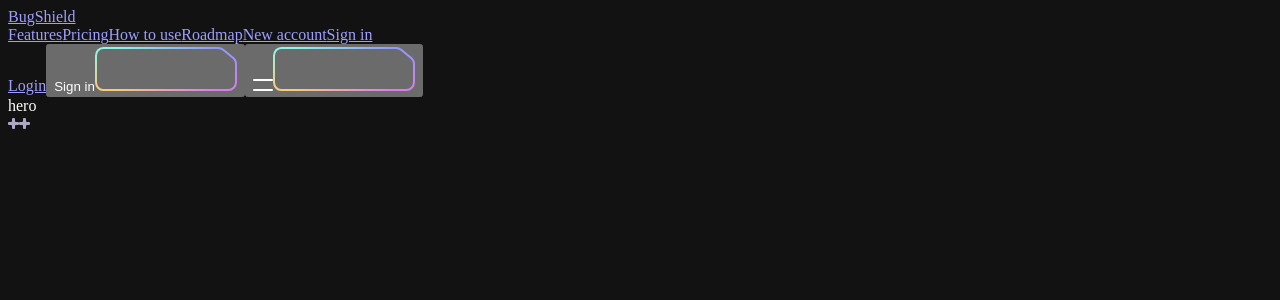
Repository: Bugbaunty/bug_bounty
Page: / (app in src/bug_bounty_frontend/)
The author's editor kept a copy of each file at every save. The page is drawn from the files as they stood at one save, then again after the next save.
The browser window is 1280 px wide. The pictures show the whole page.
The project was rebuilt for these pictures with package versions that can differ from the ones it lists, and the page was loaded fresh each time.

Above is the page before, as saved 2024-04-28 14:22:26.

### src/bug_bounty_frontend/index.html
<!DOCTYPE html>
<html lang="en">
  <head>
    <meta charset="UTF-8" />
    <meta name="viewport" content="width=device-width" />
    <title>Bug Shield</title>
    <base href="/" />
    <link rel="icon" href="/favicon.ico" />
  </head>

  <body>
    <div id="root"></div>
    <script type="module" src="/src/main.tsx"></script>
  </body>
</html>

### src/bug_bounty_frontend/src/main.tsx
import React from "react";
import ReactDOM from "react-dom/client";
import App from "./App";
import "./index.scss";
import { BrowserRouter as Router } from "react-router-dom";

ReactDOM.createRoot(document.getElementById("root")).render(
  <React.StrictMode>
    <Router>
      <App />
    </Router>
  </React.StrictMode>
);

### src/bug_bounty_frontend/src/App.tsx
import { useState } from "react";
import React from "react";
import Button from "./components/utils/Button";
import ButtonGradient from "./assets/svg/ButtonGradient";
import Header from "./components/Header";
import Hero from "./components/landingPageSection/Hero";

function App() {
  const [greeting, setGreeting] = useState("");

  return (
    <div>
      <div className="pt-[4.75rem] lg:pt-[5.25rem]">
        <Header />
        <Hero />
      </div>
      <ButtonGradient />
    </div>
  );
}

export default App;

### src/bug_bounty_frontend/src/index.scss
@import url("https://fonts.googleapis.com/css2?family=Sora:wght@300;400;600&display=swap");
@import url("https://fonts.googleapis.com/css2?family=Source+Code+Pro:wght@400;600;700&display=swap");
@import url("https://fonts.googleapis.com/css2?family=Space+Grotesk:wght@300&display=swap");

@tailwind base;
@tailwind components;
@tailwind utilities;

:root {
  --font-sora: "Sora", sans-serif;
  --font-code: "Source Code Pro", monospace;
  --font-grotesk: "Space Grotesk", sans-serif;
  color-scheme: dark;
}

* {
  scroll-behavior: smooth;
  box-sizing: border-box;
}

@layer base {
  body {
    @apply font-sans bg-n-8 text-n-1 text-base;
  }
}

.rotate-45 {
  @apply rotate-[45deg];
}

.rotate-90 {
  @apply rotate-[90deg];
}

.rotate-135 {
  @apply rotate-[135deg];
}

.rotate-180 {
  @apply rotate-[180deg];
}

.rotate-225 {
  @apply rotate-[225deg];
}

.rotate-270 {
  @apply rotate-[270deg];
}

.rotate-315 {
  @apply rotate-[315deg];
}

.rotate-360 {
  @apply rotate-[360deg];
}

.-rotate-45 {
  @apply rotate-[-45deg];
}

.-rotate-90 {
  @apply rotate-[-90deg];
}

.-rotate-135 {
  @apply rotate-[-135deg];
}

.-rotate-180 {
  @apply rotate-[-180deg];
}

.-rotate-225 {
  @apply rotate-[-225deg];
}

.-rotate-270 {
  @apply rotate-[-270deg];
}

.-rotate-315 {
  @apply rotate-[-315deg];
}

.-rotate-360 {
  @apply rotate-[-360deg];
}

### src/bug_bounty_frontend/src/assets/svg/ButtonGradient.jsx
const ButtonGradient = () => {
  return (
    <svg className="block" width={0} height={0}>
      <defs>
        <linearGradient id="btn-left" x1="50%" x2="50%" y1="0%" y2="100%">
          <stop offset="0%" stopColor="#89F9E8" />
          <stop offset="100%" stopColor="#FACB7B" />
        </linearGradient>
        <linearGradient id="btn-top" x1="100%" x2="0%" y1="50%" y2="50%">
          <stop offset="0%" stopColor="#D87CEE" />
          <stop offset="100%" stopColor="#FACB7B" />
        </linearGradient>
        <linearGradient id="btn-bottom" x1="100%" x2="0%" y1="50%" y2="50%">
          <stop offset="0%" stopColor="#9099FC" />
          <stop offset="100%" stopColor="#89F9E8" />
        </linearGradient>
        <linearGradient
          id="btn-right"
          x1="14.635%"
          x2="14.635%"
          y1="0%"
          y2="100%"
        >
          <stop offset="0%" stopColor="#9099FC" />
          <stop offset="100%" stopColor="#D87CEE" />
        </linearGradient>
      </defs>
    </svg>
  );
};

export default ButtonGradient;

### src/bug_bounty_frontend/src/components/Header.tsx
import React, { useState } from "react";
import { navigation } from "../constants/index";
import { useLocation } from "react-router-dom";
import Button from "./utils/Button";
import MenuSvg from "../assets/svg/MenuSvg";
import { HamburgerMenu } from "./design/Header";
import { disablePageScroll, enablePageScroll } from "scroll-lock";

const Header = () => {
  const pathname = useLocation();
  const [openNavigation, setOpenNavigation] = useState<boolean>(false);
  const toggleNavigation = () => {
    if (openNavigation) {
      setOpenNavigation(false);
      enablePageScroll();
    } else {
      setOpenNavigation(true);
      disablePageScroll();
    }
  };

  const handleClick = () => {
    if (!openNavigation) return;
    enablePageScroll();
    setOpenNavigation(false);
  };
  return (
    <div
      className={`fixed top-0 left-0 w-full z-50  border-b border-n-6 ${
        openNavigation ? "bg-n-8" : "bg-n-8/90 backdrop-blur-sm"
      }  `}
    >
      <div className="flex  items-center py-5 px-5 lg:px-7.5 xl:px-10 max-lg:py-4">
        <a className="block w-[12rem] font-extrabold xl:mr-8" href="#hero">
          BugShield
        </a>
        <nav
          className={` ${
            openNavigation ? "flex" : "hidden"
          }  fixed top-[5rem] left-0 right-0 bottom-0 bg-n-8 lg:static lg:flex lg:mx-auto lg:bg-transparent `}
        >
          <div
            className={`relative z-2 flex ${
              openNavigation && "gap-[5rem] mt-4 w-full"
            } flex-col items-center justify-center m-auto lg:flex-row`}
          >
            {navigation.map((item) => (
              <a
                className={`block relative font-code text-sm lg:font-semibold  text-color-7 hover:text-n-1 transition-colors ${
                  item.onlyMobile ? "lg:hidden" : ""
                } px-6  lg:mr-0.25 lg:text-xs ${
                  item.url === pathname.hash
                    ? "z-2 lg:text-n-1"
                    : "lg:text-n-1/50"
                } lg:leading-5 `}
                key={item.id}
                href={item.url}
                onClick={() => handleClick()}
              >
                {item.title}
              </a>
            ))}
          </div>
          <HamburgerMenu />
        </nav>
        <a
          href="#signup"
          className="button hidden mr-8 text-color-7 transistion-colors hover:text-n-1 lg:block"
        >
          Login
        </a>
        <Button className="hidden lg:flex " href="#login" white="">
          Sign in
        </Button>

        <Button
          onClick={toggleNavigation}
          className="ml-auto lg:hidden"
          px="px-3"
        >
          <MenuSvg openNavigation={openNavigation} />
        </Button>
      </div>
    </div>
  );
};

export default Header;

### src/bug_bounty_frontend/src/components/landingPageSection/Hero.tsx
import React from "react";
import Section from "./Section";

const Hero = () => {
  return (
    <Section
      className="pt-12rem -mt-[5.25]"
      crosses
      crossesOffset="lg:translate-y-[5.25rem]"
      customPaddings
      id="hero"
    >
      hero
    </Section>
  );
};

export default Hero;

### src/bug_bounty_frontend/src/components/utils/Button.tsx
import React from "react";
import ButtonSvg from "../../assets/svg/ButtonSvg";

interface Props {
  className?: string;
  onClick?: () => any;
  href?: string;
  children?: any;
  px?: string;
  white?: string;
}

const Button = ({ className, href, onClick, children, px, white }: Props) => {
  const classes = ` button relative inline-flex items-center
    justify-center h-11 transition-colors text-color-7 ${
      px || "px-7"
    } hover:text-n-1 ${className || ""}`;

  const spanClasses = "relative z-10";
  const renderButton = () => (
    <button onClick={onClick} className={classes}>
      <span className={spanClasses}>{children}</span>
      {ButtonSvg(white)}
    </button>
  );

  return renderButton();
};

export default Button;

### src/bug_bounty_frontend/src/components/design/Header.tsx
import { background } from "../../assets";

export const Rings = () => {
  return (
    <div className="absolute top-1/2 left-1/2 w-[51.375rem] aspect-square border border-n-2/10 rounded-full -translate-x-1/2 -translate-y-1/2">
      <div className="absolute top-1/2 left-1/2 w-[36.125rem] aspect-square border border-n-2/10 rounded-full -translate-x-1/2 -translate-y-1/2"></div>
      <div className="absolute top-1/2 left-1/2 w-[23.125rem] aspect-square border border-n-2/10 rounded-full -translate-x-1/2 -translate-y-1/2"></div>
    </div>
  );
};

export const SideLines = () => {
  return (
    <>
      <div className="absolute top-0 left-5 w-0.25 h-full bg-n-6"></div>
      <div className="absolute top-0 right-5 w-0.25 h-full bg-n-6"></div>
    </>
  );
};

export const BackgroundCircles = () => {
  return (
    <>
      <div className="absolute top-[4.4rem] left-16 w-3 h-3 bg-gradient-to-b from-[#DD734F] to-[#1A1A32] rounded-full"></div>
      <div className="absolute top-[12.6rem] right-16 w-3 h-3 bg-gradient-to-b from-[#B9AEDF] to-[#1A1A32] rounded-full"></div>
      <div className="absolute top-[26.8rem] left-12 w-6 h-6 bg-gradient-to-b from-[#88E5BE] to-[#1A1A32] rounded-full"></div>
    </>
  );
};

export const HamburgerMenu = () => {
  return (
    <div className="absolute inset-0 pointer-events-none lg:hidden">
      <div className="absolute inset-0 opacity-[.03]">
        {/* <img
          className="w-full h-full object-cover"
          src={background}
          width={688}
          height={953}
          alt="Background"
        /> */}
      </div>

      <Rings />

      <SideLines />

      <BackgroundCircles />
    </div>
  );
};

### src/bug_bounty_frontend/src/components/landingPageSection/Section.tsx
import React from "react";
import SectionSvg from "../../assets/svg/SectionSvg";

type props = {
  className?: any;
  id?: any;
  crosses?: any;
  crossesOffset?: any;
  customPaddings?: any;
  children?: any;
};

const Section = ({
  className,
  id,
  crosses,
  crossesOffset,
  customPaddings,
  children,
}: props) => {
  return (
    <div
      id={id}
      className={`relative ${
        customPaddings ||
        `py-10 lg:py-16 xl:py-20 ${crosses ? `lg:py-32 xl:py-40` : ``} ${
          className || ""
        } `
      }`}
    >
      {children}
      <div className="hidden absolute left-5 top-0 w-0 25 h-full bg-stroke-1 pointer-events-none md:block lg:left-7.5 xl:left-10"></div>
      <div className="hidden absolute left-5 top-0 w-0 25 h-full bg-stroke-1 pointer-events-none md:block lg:right-7.5 xl:right-10"></div>

      {crosses && (
        <>
          <div
            className={`hidden absolute top-0 left-7.5 right-7.5 h-0.25 bg-stroke-1 ${
              crossesOffset && crossesOffset
            } pointer-events-none lg:block xl:left-10 right-10`}
          />
          <SectionSvg crossesOffset={crossesOffset} />
        </>
      )}
    </div>
  );
};

export default Section;

### src/bug_bounty_frontend/src/assets/index.js
import brainwave from "./brainwave.svg";
import check from "./check.svg";
import brainwaveSymbol from "./brainwave-symbol.svg";
import brainwaveWhiteSymbol from "./brainwave-symbol-white.svg";
import play from "./play.svg";
import gradient from "./gradient.png";
import smallSphere from "./4-small.png";
import grid from "./grid.png";
import check2 from "./check-02.svg";
import loading1 from "./loading-01.svg";
import yourlogo from "./yourlogo.svg";
import homeSmile from "./home-smile.svg";
import file02 from "./file-02.svg";
import searchMd from "./search-md.svg";
import plusSquare from "./plus-square.svg";
import recording03 from "./recording-03.svg";
import recording01 from "./recording-01.svg";
import disc02 from "./disc-02.svg";
import chromecast from "./chrome-cast.svg";
import sliders04 from "./sliders-04.svg";
import loading from "./loading.png";
import background from "./background.jpg";

import curve from "./hero/curve.png";
import robot from "./hero/robot.jpg";
import heroBackground from "./hero/hero-background.jpg";

import curve1 from "./collaboration/curve-1.svg";
import curve2 from "./collaboration/curve-2.svg";
import discord from "./collaboration/discord.png";
import figma from "./collaboration/figma.png";
import framer from "./collaboration/framer.png";
import notion from "./collaboration/notion.png";
import photoshop from "./collaboration/photoshop.png";
import protopie from "./collaboration/protopie.png";
import raindrop from "./collaboration/raindrop.png";
import slack from "./collaboration/slack.png";

import service1 from "./services/service-1.png";
import service2 from "./services/service-2.png";
import service3 from "./services/service-3.png";

import lines from "./pricing/lines.svg";
import stars from "./pricing/stars.svg";

import coins from "./roadmap/coins.png";
import done from "./roadmap/done.svg";
import hero from "./roadmap/hero.png";
import roadmap1 from "./roadmap/image-1.png";
import roadmap2 from "./roadmap/image-2.png";
import roadmap3 from "./roadmap/image-3.png";
import roadmap4 from "./roadmap/image-4.png";
import undone from "./roadmap/undone.svg";

import notification1 from "./notification/image-1.png";
import notification2 from "./notification/image-2.png";
import notification3 from "./notification/image-3.png";
import notification4 from "./notification/image-4.png";

import benefitCard1 from "./benefits/card-1.svg";
import benefitCard2 from "./benefits/card-2.svg";
import benefitCard3 from "./benefits/card-3.svg";
import benefitCard4 from "./benefits/card-4.svg";
import benefitCard5 from "./benefits/card-5.svg";
import benefitCard6 from "./benefits/card-6.svg";
import benefitIcon1 from "./benefits/icon-1.svg";
import benefitIcon2 from "./benefits/icon-2.svg";
import benefitIcon3 from "./benefits/icon-3.svg";
import benefitIcon4 from "./benefits/icon-4.svg";
import benefitImage2 from "./benefits/image-2.png";

import discordBlack from "./socials/discord.svg";
import facebook from "./socials/facebook.svg";
import instagram from "./socials/instagram.svg";
import telegram from "./socials/telegram.svg";
import twitter from "./socials/twitter.svg";

export {
  brainwave,
  check,
  check2,
  loading1,
  brainwaveSymbol,
  brainwaveWhiteSymbol,
  play,
  gradient,
  smallSphere,
  grid,
  yourlogo,
  homeSmile,
  file02,
  searchMd,
  plusSquare,
  recording03,
  recording01,
  disc02,
  chromecast,
  sliders04,
  loading,
  background,
  curve,
  robot,
  heroBackground,
  curve1,
  curve2,
  discord,
  figma,
  framer,
  notion,
  photoshop,
  protopie,
  raindrop,
  slack,
  service1,
  service2,
  service3,
  lines,
  stars,
  coins,
  done,
  hero,
  roadmap1,
  roadmap2,
  roadmap3,
  roadmap4,
  undone,
  notification1,
  notification2,
  notification3,
  notification4,
  benefitCard1,
  benefitCard2,
  benefitCard3,
  benefitCard4,
  benefitCard5,
  benefitCard6,
  benefitIcon1,
  benefitIcon2,
  benefitIcon3,
  benefitIcon4,
  benefitImage2,
  discordBlack,
  facebook,
  instagram,
  telegram,
  twitter,
};

### src/bug_bounty_frontend/src/assets/svg/ButtonSvg.jsx
const ButtonSvg = (white) => (
  <>
    <svg
      className="absolute top-0 left-0"
      width="21"
      height="44"
      viewBox="0 0 21 44"
    >
      <path
        fill={white ? "white" : "none"}
        stroke={white ? "white" : "url(#btn-left)"} // mentioned in ButtonGradient.jsx
        strokeWidth="2"
        d="M21,43.00005 L8.11111,43.00005 C4.18375,43.00005 1,39.58105 1,35.36365 L1,8.63637 C1,4.41892 4.18375,1 8.11111,1 L21,1"
      />
    </svg>
    <svg
      className="absolute top-0 left-[1.3125rem] w-[calc(100%-2.625rem)]"
      height="44"
      viewBox="0 0 100 44"
      preserveAspectRatio="none"
      fill={white ? "white" : "none"}
    >
      {white ? (
        <polygon
          fill="white"
          fillRule="nonzero"
          points="100 0 100 44 0 44 0 0"
        />
      ) : (
        <>
          <polygon
            fill="url(#btn-top)" // mentioned in ButtonGradient.jsx
            fillRule="nonzero"
            points="100 42 100 44 0 44 0 42"
          />
          <polygon
            fill="url(#btn-bottom)" // mentioned in ButtonGradient.jsx
            fillRule="nonzero"
            points="100 0 100 2 0 2 0 0"
          />
        </>
      )}
    </svg>
    <svg
      className="absolute top-0 right-0"
      width="21"
      height="44"
      viewBox="0 0 21 44"
    >
      <path
        fill={white ? "white" : "none"}
        stroke={white ? "white" : "url(#btn-right)"} // mentioned in ButtonGradient.jsx
        strokeWidth="2"
        d="M0,43.00005 L5.028,43.00005 L12.24,43.00005 C16.526,43.00005 20,39.58105 20,35.36365 L20,16.85855 C20,14.59295 18.978,12.44425 17.209,10.99335 L7.187,2.77111 C5.792,1.62675 4.034,1 2.217,1 L0,1"
      />
    </svg>
  </>
);

export default ButtonSvg;

Loaded but not shown: src/bug_bounty_frontend/src/constants/index.ts (common file); src/bug_bounty_frontend/src/assets/svg/MenuSvg.jsx (common file); src/bug_bounty_frontend/src/assets/svg/SectionSvg.jsx (common file); src/bug_bounty_frontend/src/assets/svg/PlusSvg.jsx (common file)

After the next save:
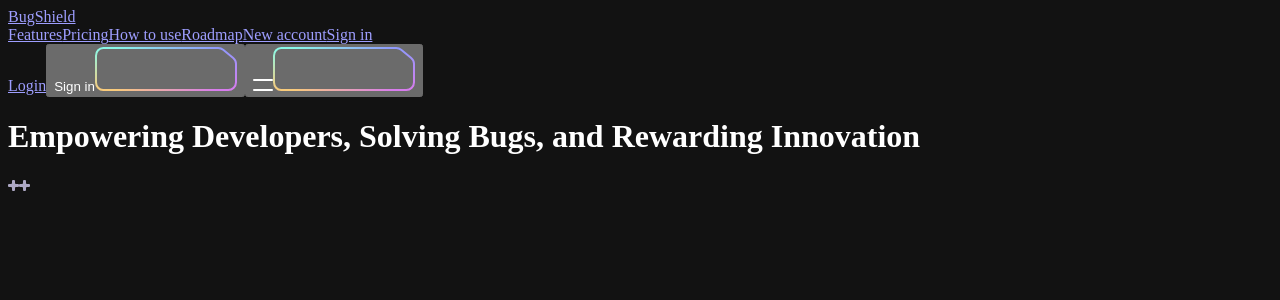
Saved 7 min 42 s later.
--- a/src/bug_bounty_frontend/src/components/landingPageSection/Hero.tsx
+++ b/src/bug_bounty_frontend/src/components/landingPageSection/Hero.tsx
@@ -10,7 +10,13 @@
       customPaddings
       id="hero"
     >
-      hero
+      <div className="container relative">
+        <div className="relative  z-1 max-w-[62rem] mx-auto text-center md:mb-0 lg:mb-[6rem]">
+          <h1 className="h1 mb-6">
+            Empowering Developers, Solving Bugs, and Rewarding Innovation
+          </h1>
+        </div>
+      </div>
     </Section>
   );
 };
